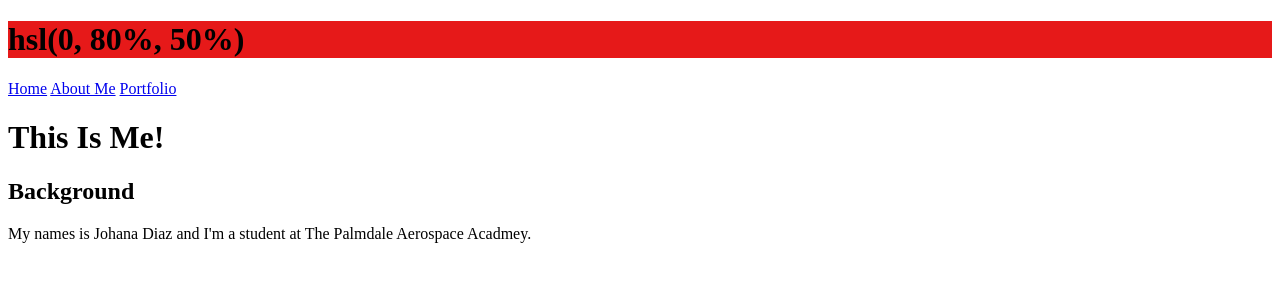
Repository: JDiaz463/JDiaz463.github.io
Page: my_website/aboutme.html
The author's editor kept a record of every edit. The page is drawn from the files as they stood at one moment, then again after the next edit.
The browser window is 1280 px wide. The pictures show the whole page.

Above is the page before.

### my_website/aboutme.html
<!doctype html>
	<html lang="en">
	  <h1 style="background-color:hsl(0, 80%, 50%);">hsl(0, 80%, 50%)</h1>
	  <head>
	    <meta charset="utf-8">
	    <title>About Me</title>
	  </head>
	  <body>
    <a href="index.html">Home</a>
    <a href="aboutme.html">About Me</a>
    <a href="portfolio.html">Portfolio</a>
    <h1>This Is Me!</h1>
   <h2>Background</h2>
    <p1> My names is Johana Diaz and I'm a student at The Palmdale
        Aerospace Acadmey.</p1>
	  </body>
	</html>

After the next edit:
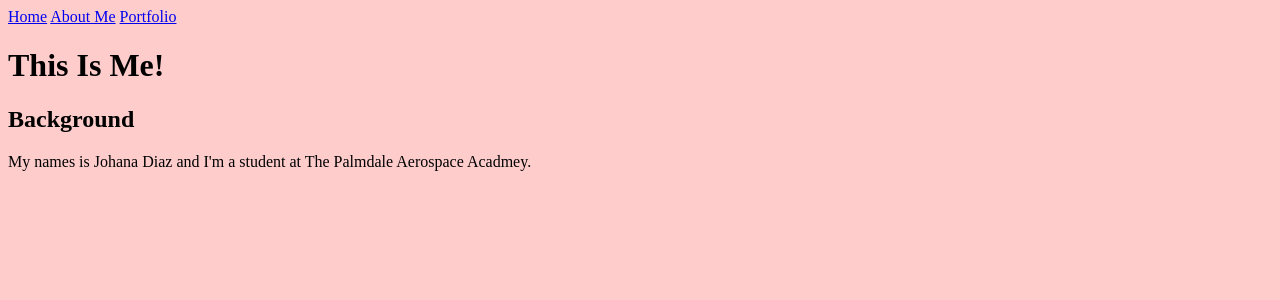
The edit:
--- a/my_website/aboutme.html
+++ b/my_website/aboutme.html
@@ -1,6 +1,6 @@
 <!doctype html>
 	<html lang="en">
-	  <h1 style="background-color:hsl(0, 80%, 50%);">hsl(0, 80%, 50%)</h1>
+ <body style="background-color:hsl(0, 100%, 90%);">
 	  <head>
 	    <meta charset="utf-8">
 	    <title>About Me</title>
